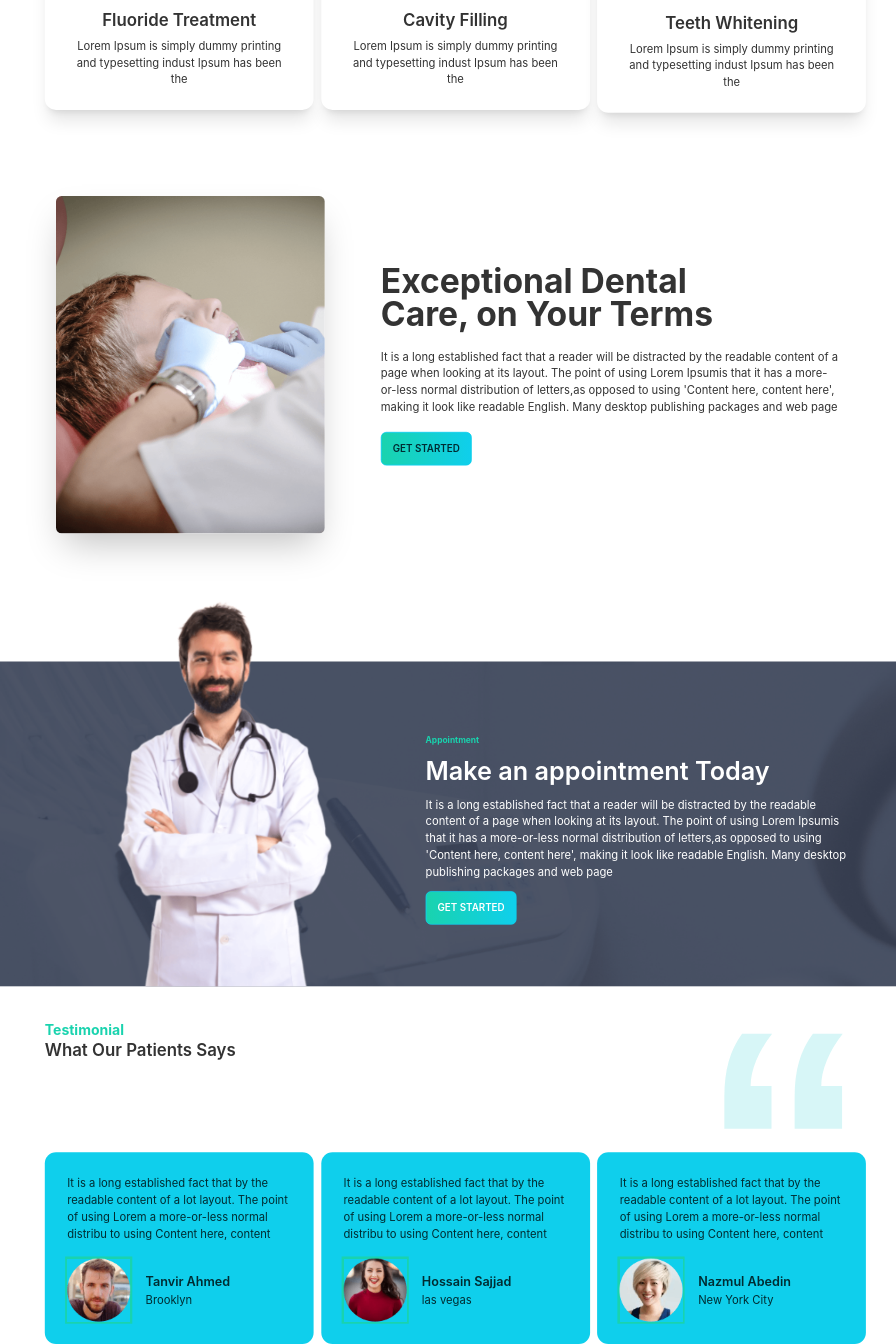
Repository: Tanvir3744/Doctors-client-website
Page: /
The author's editor kept a copy of each file at every save. The page is drawn from the files as they stood at one save, then again after the next save.
The browser window is 1280 px wide. The pictures show the part of the page from y = 1210 to 3130 px (the page is 3130 px tall), at 70% of full size.
The project was rebuilt for these pictures with package versions that can differ from the ones it lists, and the page was loaded fresh each time. Also part of the build but not shown: src/Pages/About/About.js, src/Pages/Login/Login.js, src/Pages/NotFound/NotFound.js.

Above is the page before, as saved 2022-05-25 23:16:54.

After the next save:
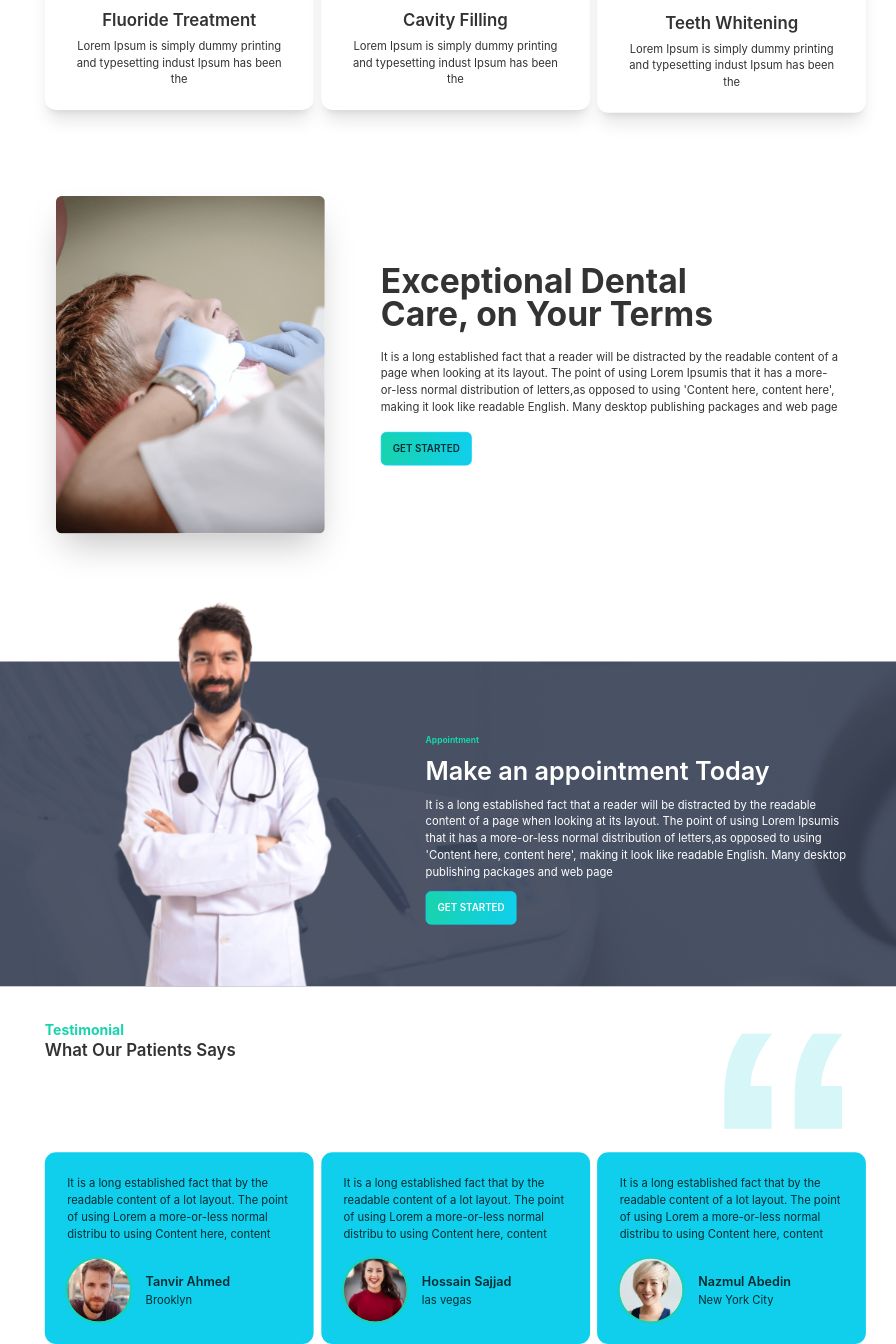
Saved 13 s later.
--- a/src/components/TestCard.js
+++ b/src/components/TestCard.js
@@ -9,7 +9,7 @@ const TestCard = (props) => {
                     <p>{review}</p>
                     <div class="flex items-center justify-start mt-4 ">
                         <div class="w-24 rounded-full  ring-offset-base-100 ring-offset-2">
-                            <img className='ring ring-secondary' src={img} />
+                            <img className='ring ring-secondary rounded-full' src={img} />
                         </div>
                         <div className='ml-4 flex flex-col self-center'>
                             <h5 className='text-lg font-semibold text-dark'>{name}</h5>
